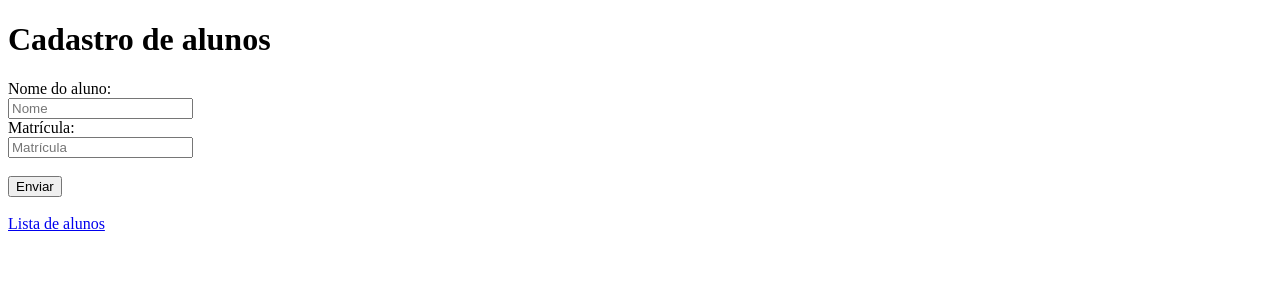
Repository: lorenavasconcellos/Trabalhos-WEB2
Page: CadastroAlunos/src/main/webapp/cadastrar_aluno.html
These files come from the project's save history. The page is drawn as it stood at one moment and after the next save; the edit follows.
The browser window is 1280 px wide. The pictures show the whole page.

Above is the page before, as saved 2022-12-02 11:40:30.

After the next save:
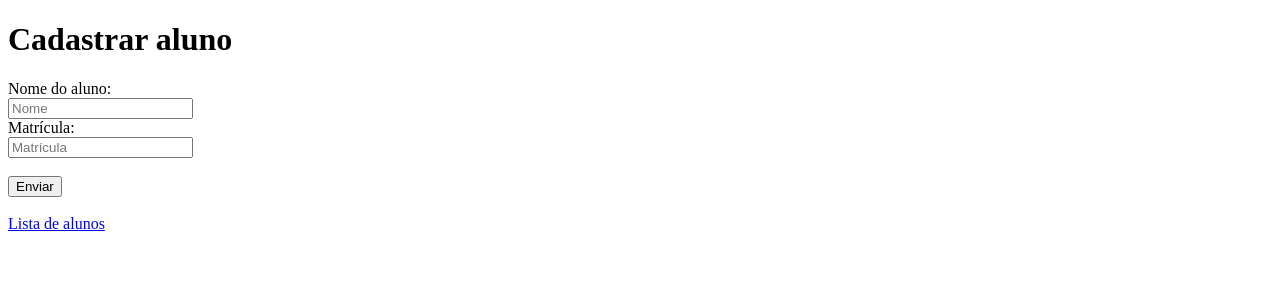
Saved 27 s later.
--- a/CadastroAlunos/src/main/webapp/cadastrar_aluno.html
+++ b/CadastroAlunos/src/main/webapp/cadastrar_aluno.html
@@ -7,7 +7,7 @@
 
 <body>
 <div>
-	<h1>Cadastro de alunos</h1>
+	<h1>Cadastrar aluno</h1>
 	<form action="aluno.do" method="POST">
 		<label for="nome">Nome do aluno:</label><br>
 		<input id="nome" type="text" placeholder="Nome"><br>
